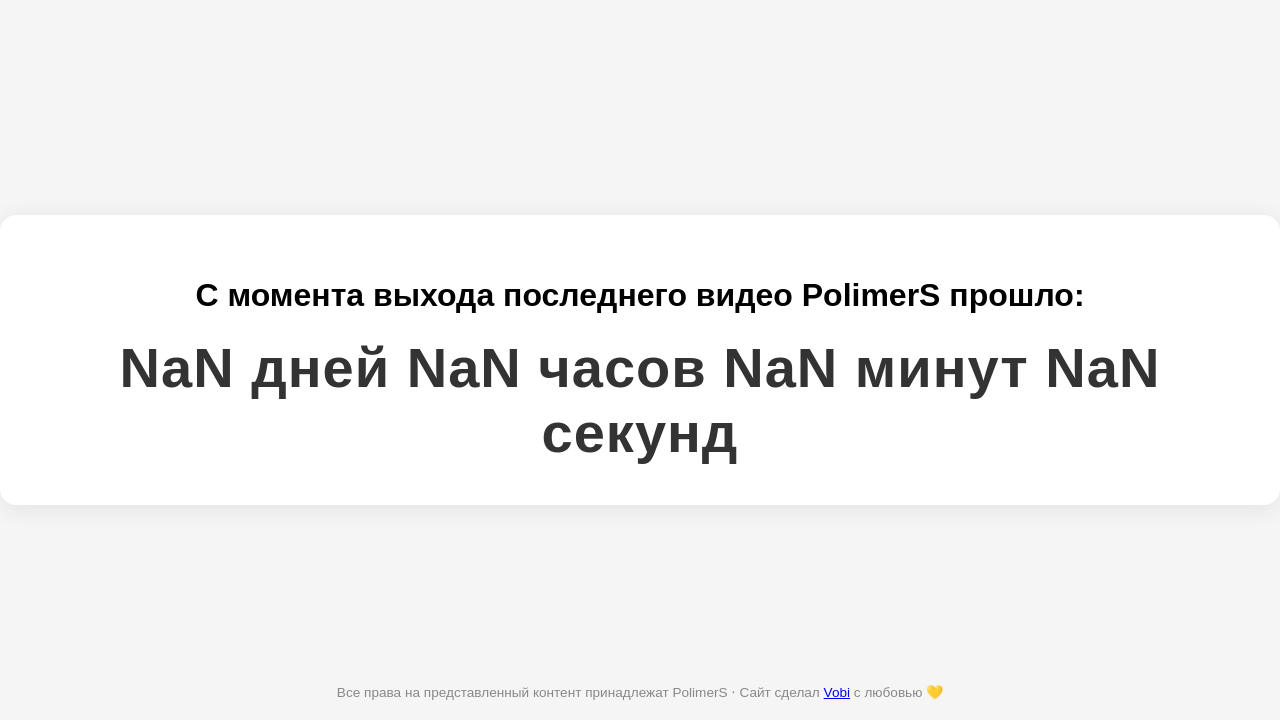
Repository: oncube-dev/OnCube-dev_website
Page: timer_from_Poli_video/app/templates/index.html
An editor plug-in stored every save of this project. The page is shown before and after the next save, followed by the edit.
The browser window is 1280 px wide. The pictures show the whole page.

Above is the page before, as saved 2025-07-18 01:27:03.

After the next save:
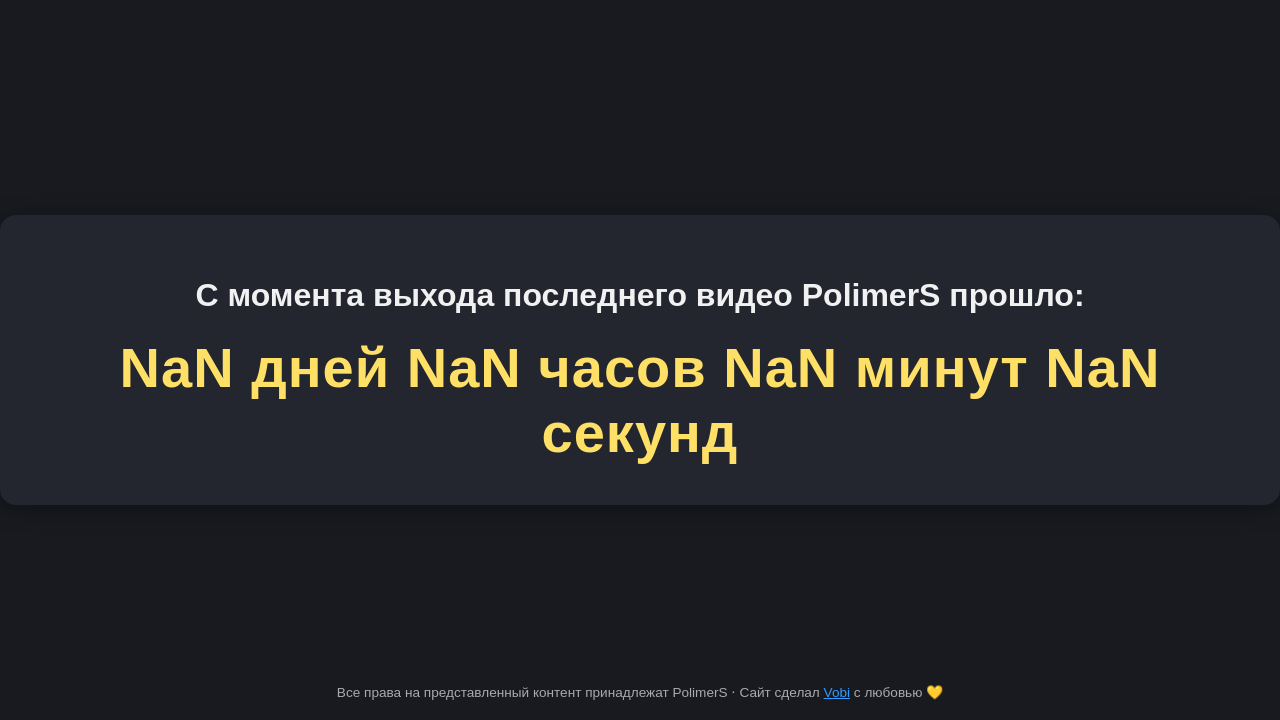
Saved 26 s later.
--- a/timer_from_Poli_video/app/static/style.css
+++ b/timer_from_Poli_video/app/static/style.css
@@ -1,5 +1,6 @@
 body {
-    background: #f5f5f5;
+    background: #181a20;
+    color: #f1f1f1;
     font-family: Arial, sans-serif;
     margin: 0;
     padding: 0;
@@ -10,29 +11,31 @@
 }
 
 .timer-container {
-    background: #fff;
+    background: #23262f;
     padding: 40px 60px;
     border-radius: 16px;
-    box-shadow: 0 4px 24px rgba(0,0,0,0.08);
+    box-shadow: 0 4px 24px rgba(0,0,0,0.32);
     text-align: center;
+    color: #f1f1f1;
 }
 
 .timer-container h1 {
     font-size: 2rem;
     font-weight: bold;
+    color: #f1f1f1;
 }
 
 #timer {
     font-size: 3.5rem;
     font-weight: bold;
     margin-top: 8px;
-    color: #333;
+    color: #ffe066;
     letter-spacing: 1px;
 }
 
 .footer-note {
     font-size: 0.85rem;
-    color: #888;
+    color: #aaa;
     text-align: center;
     position: fixed;
     left: 0;
@@ -42,3 +45,8 @@
     z-index: 100;
     box-sizing: border-box;
 }
+
+.footer-note a {
+    color: #339cff;
+    text-decoration: underline;
+}
